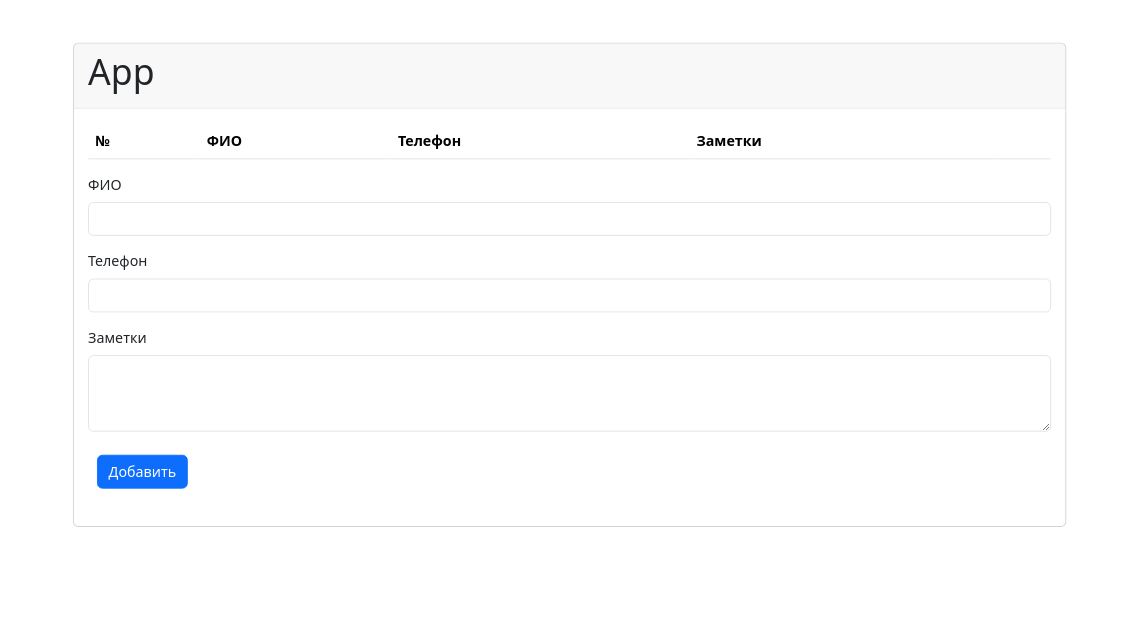
Repository: tatacheba/appstepikjavareact-client
Page: /
An editor plug-in stored every save of this project. The page is shown before and after the next save, followed by the edit.
The browser window is 1280 px wide. The pictures show the whole page, at 89% of full size.
The page's requests for data from a server got no answer. The project was rebuilt for these pictures with package versions that can differ from the ones it lists, and the page was loaded fresh each time. No one was signed in, and anything a server would have sent is missing. Also part of the build but not shown: src/layouts/components/tableView/TableRowItem.js, src/layouts/components/ModalDeleteContact.js.

Above is the page before, as saved 2024-12-16 11:48:24.

After the next save:
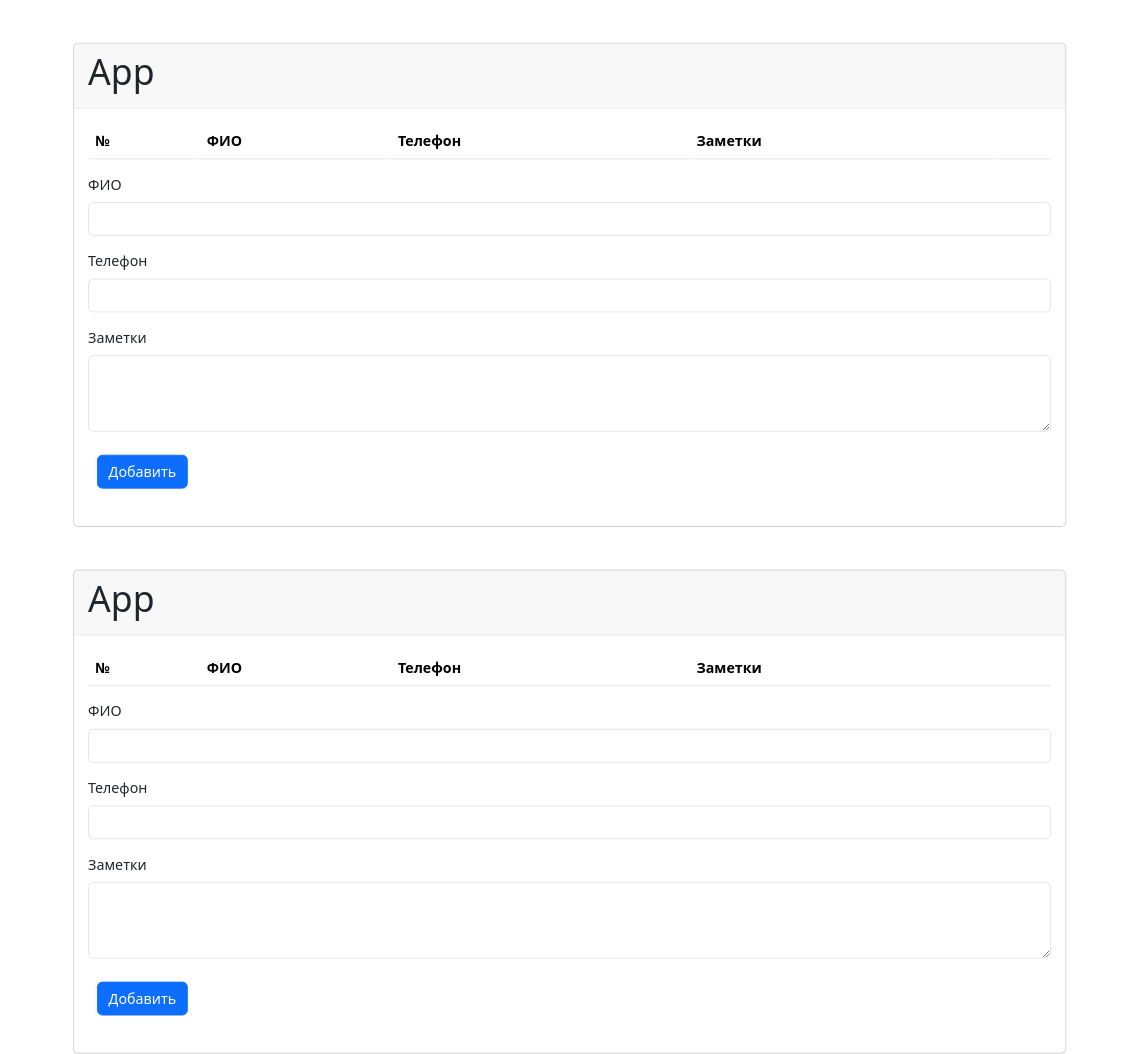
Saved 28 s later.
--- a/src/index.js
+++ b/src/index.js
@@ -2,6 +2,7 @@ import React from "react";
 import ReactDOM from "react-dom/client";
 import "./index.css";
 import App from "./App";
+import MockApp from "./MockApp";
 import "bootstrap/dist/css/bootstrap.min.css";
 import "bootstrap/dist/js/bootstrap.bundle.min.js";
 
@@ -9,5 +10,6 @@ const root = ReactDOM.createRoot(document.getElementById("root"));
 root.render(
     <React.StrictMode>
         <App />
+        <MockApp />
     </React.StrictMode>
 );
